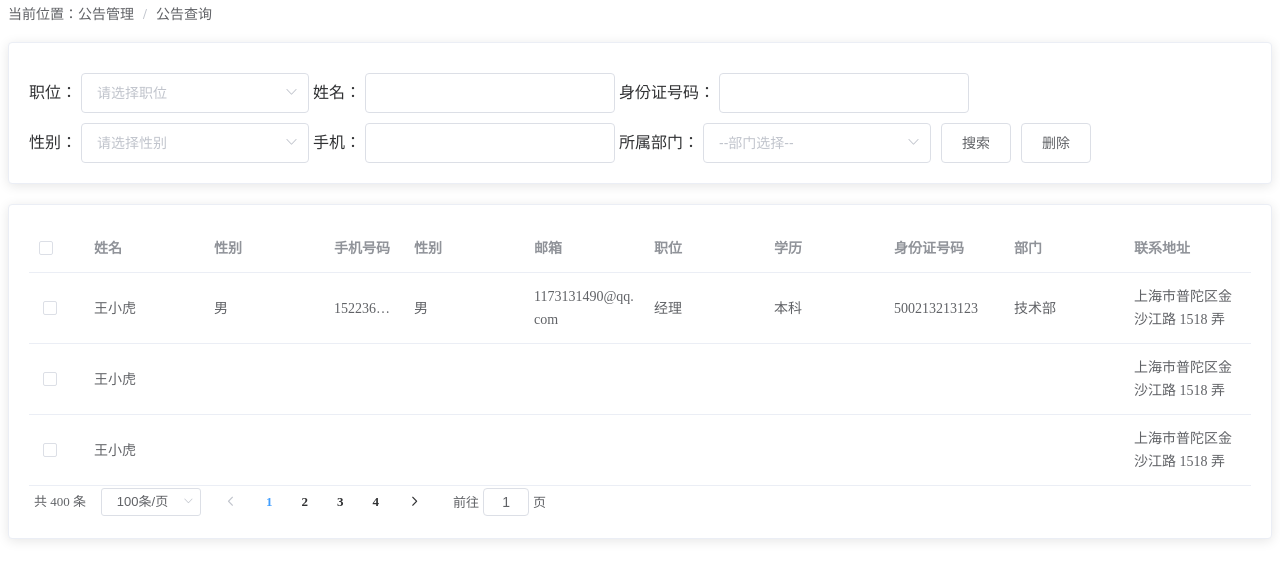
Repository: YUNjwyao/vue_hrm
Page: /#/notice
The author's editor kept a copy of each file at every save. The page is drawn from the files as they stood at one save, then again after the next save.
The browser window is 1280 px wide. The pictures show the whole page.
The project was rebuilt for these pictures with package versions that can differ from the ones it lists, and the page was loaded fresh each time. Also part of the build but not shown: src/components/Employee/EmployeeQuery.vue, src/components/Employee/ShowAddEmployee.vue, src/components/Employee/ShowUpdateEmployee.vue.

Above is the page before, as saved 2020-10-15 21:10:30.

### src/App.vue
<template>
  <div id="app">
     <!-- 路由占位符 -->
     <router-view></router-view>
  </div>
</template>

<script>

export default {

}
</script>

<style lang="less" scoped>

</style>

### src/router/index.js
import Vue from 'vue'
import VueRouter from 'vue-router'
import EmployeeQuery from '../components/Employee/EmployeeQuery.vue'
import ShowAddEmployee from '../components/Employee/ShowAddEmployee.vue'
import ShowUpdateEmployee from '../components/Employee/ShowUpdateEmployee.vue'
import Notice from '../components/Notice/Notice.vue'

Vue.use(VueRouter)

const routes = [
 {
   path: '/employee',component: EmployeeQuery
 },
 {
   path: '/addEmployee',component: ShowAddEmployee
 },
 {
   path: '/updateEmployee',component: ShowUpdateEmployee
 },
 {
   path: '/notice',component: Notice
 }
]

const router = new VueRouter({
  routes
})

export default router

### src/plugins/element.js
import Vue from 'vue'
import {
    Button,
    Breadcrumb,
    BreadcrumbItem,
    Card,
    Select,
    Option,
    Input,
    Row,
    Table,
    TableColumn,
    Pagination,
    Form,
    FormItem
} from 'element-ui'


Vue.use(Button)
Vue.use(Breadcrumb)
Vue.use(BreadcrumbItem)
Vue.use(Card)
Vue.use(Select)
Vue.use(Option)
Vue.use(Input)
Vue.use(Row)
Vue.use(Table)
Vue.use(TableColumn)
Vue.use(Pagination)
Vue.use(Form)
Vue.use(FormItem)

### src/components/Notice/Notice.vue
<template>
  <div class="employee">
    <!-- 面包屑导航 -->
    <el-breadcrumb separator="/">
      <el-breadcrumb-item>当前位置：公告管理</el-breadcrumb-item>
      <el-breadcrumb-item><a href="/">公告查询</a></el-breadcrumb-item>
    </el-breadcrumb>
    <!-- 查询输入框 -->
    <el-card>
      <el-row>
        职位：
        <el-select v-model="value" placeholder="请选择职位">
          <el-option
            v-for="item in options"
            :key="item.value"
            :label="item.label"
            :value="item.value"
          >
          </el-option>
        </el-select>
        姓名：
        <el-input v-model="input"></el-input>
        身份证号码：
        <el-input v-model="input"></el-input>
      </el-row>
      <el-row>
        性别：
        <el-select v-model="value" placeholder="请选择性别">
          <el-option
            v-for="item in optionsSex"
            :key="item.value"
            :label="item.label"
            :value="item.value"
          >
          </el-option>
        </el-select>
        手机：
        <el-input v-model="input"></el-input>
        所属部门：
        <el-select v-model="value" placeholder="--部门选择--">
          <el-option
            v-for="item in optionsDoor"
            :key="item.value"
            :label="item.label"
            :value="item.value"
          >
          </el-option>
        </el-select>
        <el-button>搜索</el-button>
        <el-button>删除</el-button>
      </el-row>
    </el-card>
    <!-- Table表格 -->
    <el-card>
      <el-table
        ref="multipleTable"
        :data="tableData"
        tooltip-effect="dark"
        style="width: 100%"
        @selection-change="handleSelectionChange"
      >
        <el-table-column type="selection" width="55"> </el-table-column>
        <el-table-column prop="name" label="姓名" width="120">
          <template slot-scope="scope">{{ scope.row.name }}</template>
        </el-table-column>
        <el-table-column prop="sex" label="性别" width="120"> </el-table-column>
        <el-table-column prop="phone" label="手机号码" show-overflow-tooltip>
        </el-table-column>
        <el-table-column prop="sex" label="性别" width="120"> </el-table-column>
        <el-table-column prop="email" label="邮箱" width="120">
        </el-table-column>
        <el-table-column prop="job" label="职位" width="120"> </el-table-column>
        <el-table-column prop="education" label="学历" width="120">
        </el-table-column>
        <el-table-column prop="IdNumber" label="身份证号码" width="120">
        </el-table-column>
        <el-table-column prop="door" label="部门" width="120">
        </el-table-column>
        <el-table-column prop="address" label="联系地址" width="120">
        </el-table-column>
        <el-table-column prop="date" label="建档日期" width="120">
        </el-table-column>
        <el-table-column label="操作" width="120"> </el-table-column>
      </el-table>
      <!-- 分页 -->
      <el-pagination
        @size-change="handleSizeChange"
        @current-change="handleCurrentChange"
        :current-page="currentPage4"
        :page-sizes="[100, 200, 300, 400]"
        :page-size="100"
        layout="total, sizes, prev, pager, next, jumper"
        :total="400"
      >
      </el-pagination>
    </el-card>
  </div>
</template>

<script>
export default {
  data() {
    return {
      options: [
        {
          value: "选项1",
          label: "经理",
        },
        {
          value: "选项2",
          label: "职员",
        },
      ],
      optionsSex: [
        {
          value: "选项1",
          label: "男",
        },
        {
          value: "选项2",
          label: "女",
        },
      ],
      optionsDoor: [
        {
          value: "选项1",
          label: "技术部",
        },
        {
          value: "选项2",
          label: "运营部",
        },
      ],
      tableData: [
        {
          name: "王小虎",
          sex: "男",
          phone: "1522369825",
          email: "1173131490@qq.com",
          job: "经理",
          education: "本科",
          IdNumber: "500213213123",
          door: "技术部",
          address: "上海市普陀区金沙江路 1518 弄",
          date: "2016-12-03",
        },
        {
          date: "2016-05-02",
          name: "王小虎",
          address: "上海市普陀区金沙江路 1518 弄",
        },
        {
          date: "2016-05-04",
          name: "王小虎",
          address: "上海市普陀区金沙江路 1518 弄",
        },
      ],
      multipleSelection: [],
    };
  },
  methods: {
    toggleSelection(rows) {
      if (rows) {
        rows.forEach((row) => {
          this.$refs.multipleTable.toggleRowSelection(row);
        });
      } else {
        this.$refs.multipleTable.clearSelection();
      }
    },
    handleSelectionChange(val) {
      this.multipleSelection = val;
    },
  },
};
</script>

<style lang="less" scoped>
.el-card {
  margin-top: 20px;
}
.el-input {
  width: 250px;
}
.el-row {
  margin-top: 10px;
}
.el-button {
  margin-left: 10px;
}
</style>

Loaded but not shown: public/index.html (common file); src/main.js (common file); src/store/index.js (common file)

After the next save:
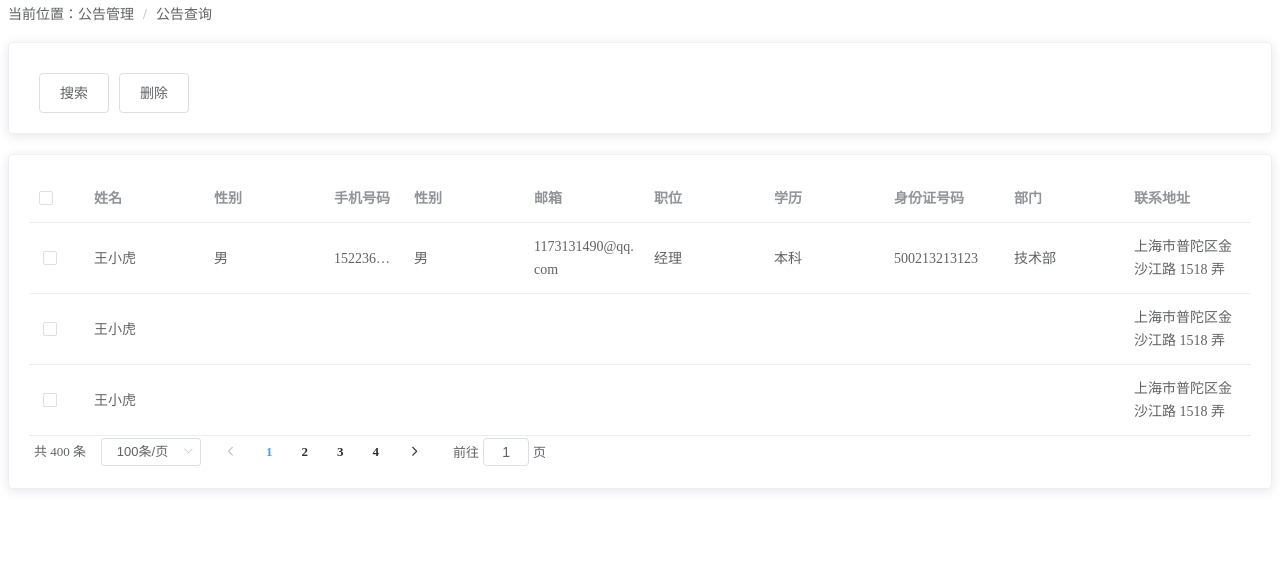
Saved 3 min 11 s later.
--- a/src/components/Notice/Notice.vue
+++ b/src/components/Notice/Notice.vue
@@ -7,45 +7,9 @@
     </el-breadcrumb>
     <!-- 查询输入框 -->
     <el-card>
+
       <el-row>
-        职位：
-        <el-select v-model="value" placeholder="请选择职位">
-          <el-option
-            v-for="item in options"
-            :key="item.value"
-            :label="item.label"
-            :value="item.value"
-          >
-          </el-option>
-        </el-select>
-        姓名：
-        <el-input v-model="input"></el-input>
-        身份证号码：
-        <el-input v-model="input"></el-input>
-      </el-row>
-      <el-row>
-        性别：
-        <el-select v-model="value" placeholder="请选择性别">
-          <el-option
-            v-for="item in optionsSex"
-            :key="item.value"
-            :label="item.label"
-            :value="item.value"
-          >
-          </el-option>
-        </el-select>
-        手机：
-        <el-input v-model="input"></el-input>
-        所属部门：
-        <el-select v-model="value" placeholder="--部门选择--">
-          <el-option
-            v-for="item in optionsDoor"
-            :key="item.value"
-            :label="item.label"
-            :value="item.value"
-          >
-          </el-option>
-        </el-select>
+        <e
         <el-button>搜索</el-button>
         <el-button>删除</el-button>
       </el-row>
